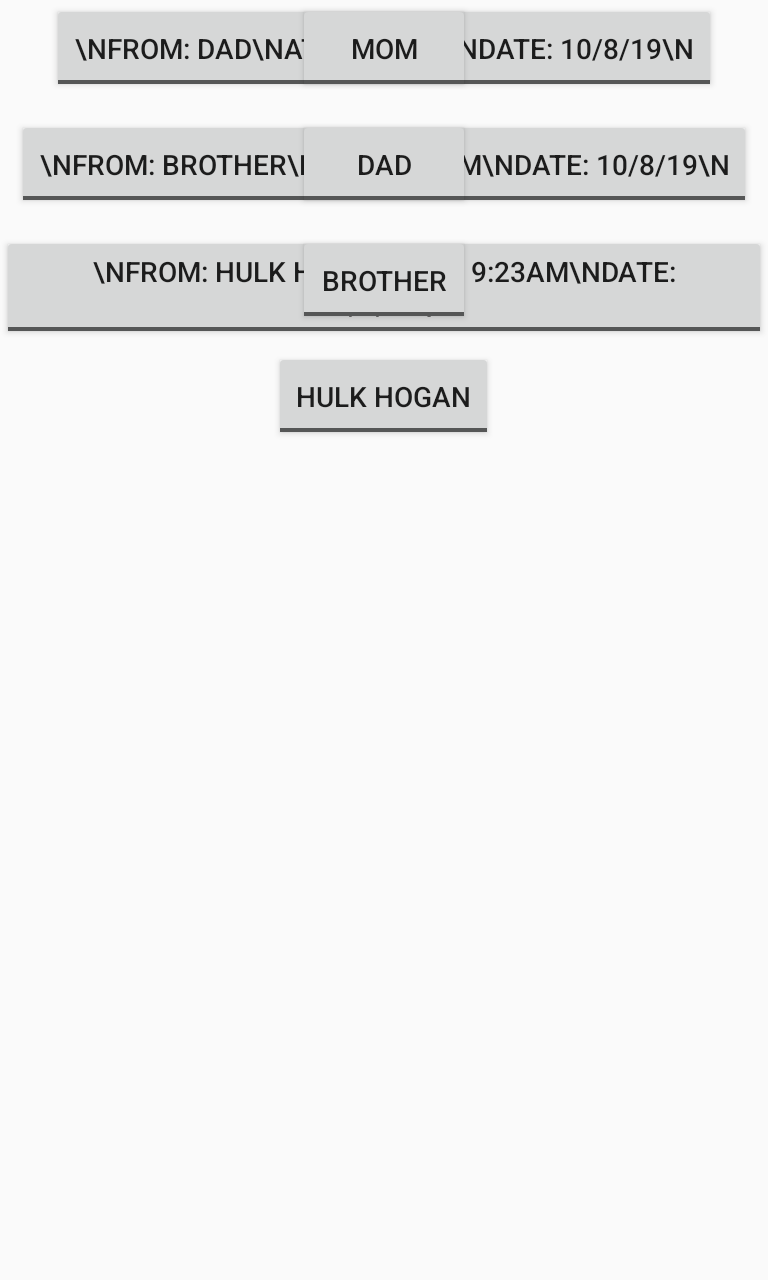
Repository: bhazenstab16/PhoneAppBMH
Layout: PhoneAppTwo/res/layout/activity_main.xml
These files come from the project's save history. The layout is drawn as it stood at one moment and after the next save; the edit follows.
It is drawn on a 768 x 1280 px phone screen (xhdpi) without system bars, with theme AppTheme; the app's code is not run.

Above is the layout before, as saved 2019-10-10 19:52:40.

### PhoneAppTwo/res/layout/activity_main.xml
<RelativeLayout xmlns:android="http://schemas.android.com/apk/res/android"
    xmlns:tools="http://schemas.android.com/tools"
    android:id="@+id/container"
    android:layout_width="match_parent"
    android:layout_height="match_parent"
    tools:context="com.example.phoneapptwo.MainActivity"
    tools:ignore="MergeRootFrame" >

   <TabHost
        android:id="@+id/tabhost"
        android:layout_width="match_parent"
        android:layout_height="match_parent"
        android:layout_alignParentLeft="true"
        android:layout_alignParentTop="true" >

        <LinearLayout
            android:layout_width="match_parent"
            android:layout_height="match_parent"
            android:orientation="vertical" >

            <TabWidget
                android:id="@android:id/tabs"
                android:layout_width="match_parent"
                android:layout_height="wrap_content" >
            </TabWidget>

            <FrameLayout
                android:id="@android:id/tabcontent"
                android:layout_width="match_parent"
                android:layout_height="match_parent" >

                <RelativeLayout
                    android:id="@+id/Recents"
                    android:layout_width="match_parent"
                    android:layout_height="match_parent" >

                    <ToggleButton
                        android:id="@+id/toggleButtonCall1"
                        android:layout_width="wrap_content"
                        android:layout_height="wrap_content"
                        android:layout_alignParentTop="true"
                        android:layout_centerHorizontal="true"
                        android:onClick="onToggleCall1Click"
                        android:text="\nFrom: Dad\nAt: 11:23am\nDate: 10/8/19\n"
                        android:textOff="\nFrom: Dad\nAt: 11:23am\nDate: 10/8/19\n"
                        android:textOn="\nFrom: Dad\nAt: 11:23am\nDate: 10/8/19\n" />

                    <Button
                        android:id="@+id/buttonCall1"
                        android:layout_width="wrap_content"
                        android:layout_height="wrap_content"
                        android:layout_below="@+id/toggleButtonCall1"
                        android:layout_centerHorizontal="true"
                        android:layout_marginTop="5dp"
                        android:visibility="gone"
                        android:text="Call" />

                    <Button
                        android:id="@+id/buttonText1"
                        android:layout_width="wrap_content"
                        android:layout_height="wrap_content"
                        android:layout_centerHorizontal="true"
                        android:visibility="gone"
                        android:layout_below="@+id/buttonCall1"
                        android:text="Text" />

                     <ToggleButton
                        android:id="@+id/toggleButtonCall2"
                        android:layout_width="wrap_content"
                        android:layout_height="wrap_content"
                        android:layout_centerHorizontal="true"
                        android:layout_below="@+id/buttonText1"
                        android:layout_marginTop="10dp"
                        android:onClick="onToggleCall2Click"
                        android:text="\nFrom: Brother\nAt: 11:20am\nDate: 10/8/19\n"
                        android:textOff="\nFrom: Brother\nAt: 11:20am\nDate: 10/8/19\n"
                        android:textOn="\nFrom: Brother\nAt: 11:20am\nDate: 10/8/19\n" />

                    <Button
                        android:id="@+id/buttonCall2"
                        android:layout_width="wrap_content"
                        android:layout_height="wrap_content"
                        android:layout_centerHorizontal="true"
                        android:layout_below="@+id/toggleButtonCall2"
                        android:layout_marginTop="5dp"
                        android:visibility="gone"
                        android:text="Call" />

                    <Button
                        android:id="@+id/buttonText2"
                        android:layout_width="wrap_content"
                        android:layout_height="wrap_content"
                        android:layout_centerHorizontal="true"
                        android:layout_below="@+id/buttonCall2"
                        android:visibility="gone"
                        android:text="Text" />

                    <ToggleButton
                        android:id="@+id/toggleButtonCall3"
                        android:layout_width="wrap_content"
                        android:layout_height="wrap_content"
                        android:layout_below="@+id/buttonText2"
                        android:layout_centerHorizontal="true"
                        android:layout_marginTop="10dp"
                        android:onClick="onToggleCall3Click"
                        android:text="\nFrom: Hulk Hogan\nAt: 9:23am\nDate: 10/7/19\n"
                        android:textOff="\nFrom: Hulk Hogan\nAt: 9:23am\nDate: 10/7/19\n"
                        android:textOn="\nFrom: Hulk Hogan\nAt: 9:23am\nDate: 10/7/19\n" />

                    <Button
                        android:id="@+id/buttonCall3"
                        android:layout_width="wrap_content"
                        android:layout_height="wrap_content"
                        android:layout_centerHorizontal="true"
                        android:layout_below="@+id/toggleButtonCall3"
                        android:layout_marginTop="5dp"
                        android:visibility="gone"
                        android:text="Call" />

                    <Button
                        android:id="@+id/buttonText3"
                        android:layout_width="wrap_content"
                        android:layout_height="wrap_content"
                        android:layout_centerHorizontal="true"
                        android:layout_below="@+id/buttonCall3"
                        android:visibility="gone"
                        android:text="Text" />


                </RelativeLayout>

                <RelativeLayout
                    android:id="@+id/Contacts"
                    android:layout_width="match_parent"
                    android:layout_height="match_parent" >

                    <ToggleButton
                        android:id="@+id/toggleButtonMom"
                        android:layout_width="wrap_content"
                        android:layout_height="wrap_content"
                        android:layout_alignParentTop="true"
                        android:layout_centerHorizontal="true"
                        android:onClick="onToggleMomClick"
                        android:text="Mom"
                        android:textOff="Mom"
                        android:textOn="Mom" />

                    <TextView
                        android:id="@+id/textViewContactInfoMom"
                        android:layout_width="wrap_content"
                        android:layout_height="wrap_content"
                        android:layout_marginTop="10dp"
                        android:gravity="center"
                        android:text="Mom\n\nNumber: 1-800-999-2626"
                        android:visibility="invisible" />

                    <ToggleButton
                        android:id="@+id/toggleButtonDad"
                        android:layout_width="wrap_content"
                        android:layout_height="wrap_content"
                        android:layout_centerHorizontal="true"
                        android:layout_below="@+id/toggleButtonMom"
                        android:layout_marginTop="10dp"
                        android:onClick="onToggleDadClick"
                        android:text="Dad"
                        android:textOff="Dad"
                        android:textOn="Dad" />

                    <ToggleButton
                        android:id="@+id/toggleButtonBrother"
                        android:layout_width="wrap_content"
                        android:layout_height="wrap_content"
                        android:layout_centerHorizontal="true"
                        android:layout_below="@+id/toggleButtonDad"
                        android:layout_marginTop="10dp"
                        android:onClick="onToggleBrotherClick"
                        android:text="Brother"
                        android:textOff="Brother"
                        android:textOn="Brother" />

                    <ToggleButton
                        android:id="@+id/toggleButtonHulkHogan"
                        android:layout_width="wrap_content"
                        android:layout_height="wrap_content"
                        android:layout_below="@+id/toggleButtonBrother"
                        android:layout_centerHorizontal="true"
                        android:layout_marginTop="10dp"
                        android:onClick="onToggleHulkHoganClick"
                        android:text="Hulk Hogan"
                        android:textOff="Hulk Hogan"
                        android:textOn="Hulk Hogan" />

                </RelativeLayout>


            </FrameLayout>
        </LinearLayout>
    </TabHost>

</RelativeLayout>

Loaded but not shown: PhoneAppTwo/res/values/styles.xml (common file); PhoneAppTwo/res/values-v11/styles.xml (common file); PhoneAppTwo/res/values-v14/styles.xml (common file)

After the next save:
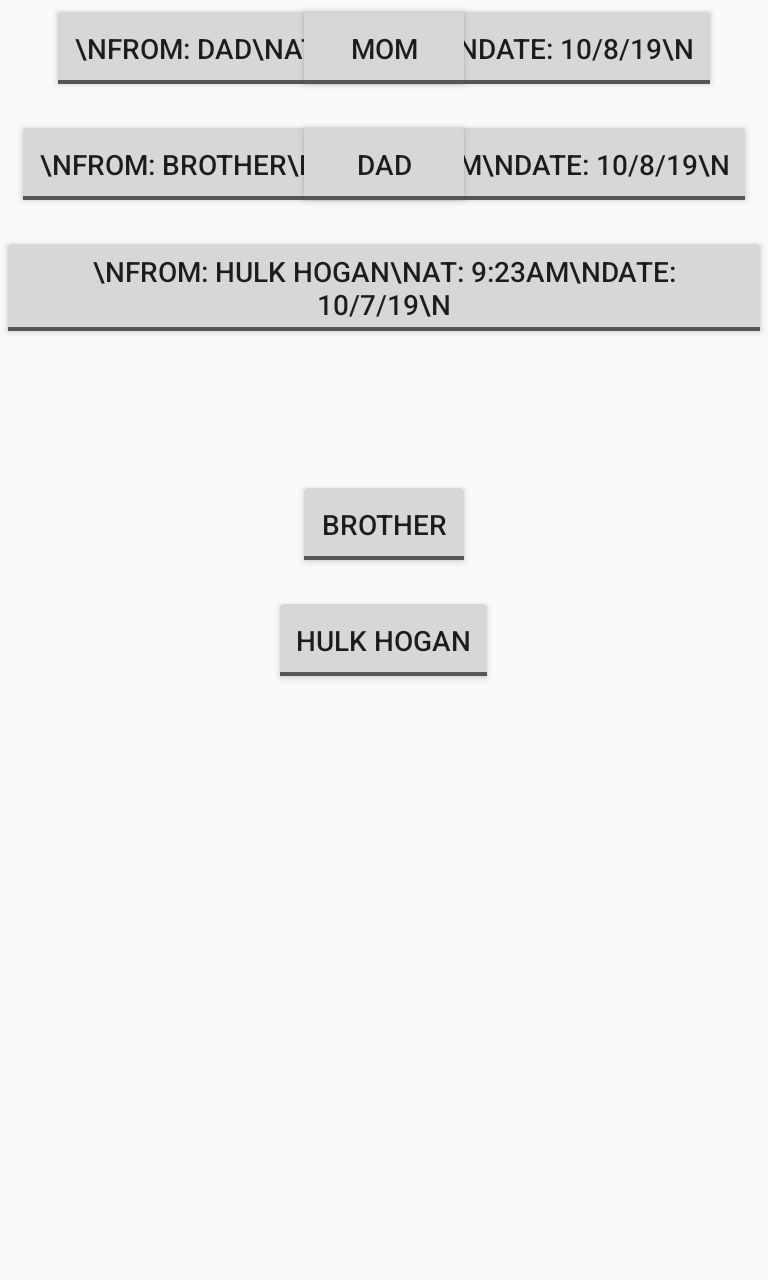
Saved 84 s later.
--- a/PhoneAppTwo/res/layout/activity_main.xml
+++ b/PhoneAppTwo/res/layout/activity_main.xml
@@ -171,7 +171,7 @@
                         android:layout_width="wrap_content"
                         android:layout_height="wrap_content"
                         android:layout_centerHorizontal="true"
-                        android:layout_below="@+id/toggleButtonDad"
+                        android:layout_above="@+id/toggleButtonHulkHogan"
                         android:layout_marginTop="10dp"
                         android:onClick="onToggleBrotherClick"
                         android:text="Brother"
@@ -182,7 +182,7 @@
                         android:id="@+id/toggleButtonHulkHogan"
                         android:layout_width="wrap_content"
                         android:layout_height="wrap_content"
-                        android:layout_below="@+id/toggleButtonBrother"
+                        android:layout_centerVertical="true"
                         android:layout_centerHorizontal="true"
                         android:layout_marginTop="10dp"
                         android:onClick="onToggleHulkHoganClick"
